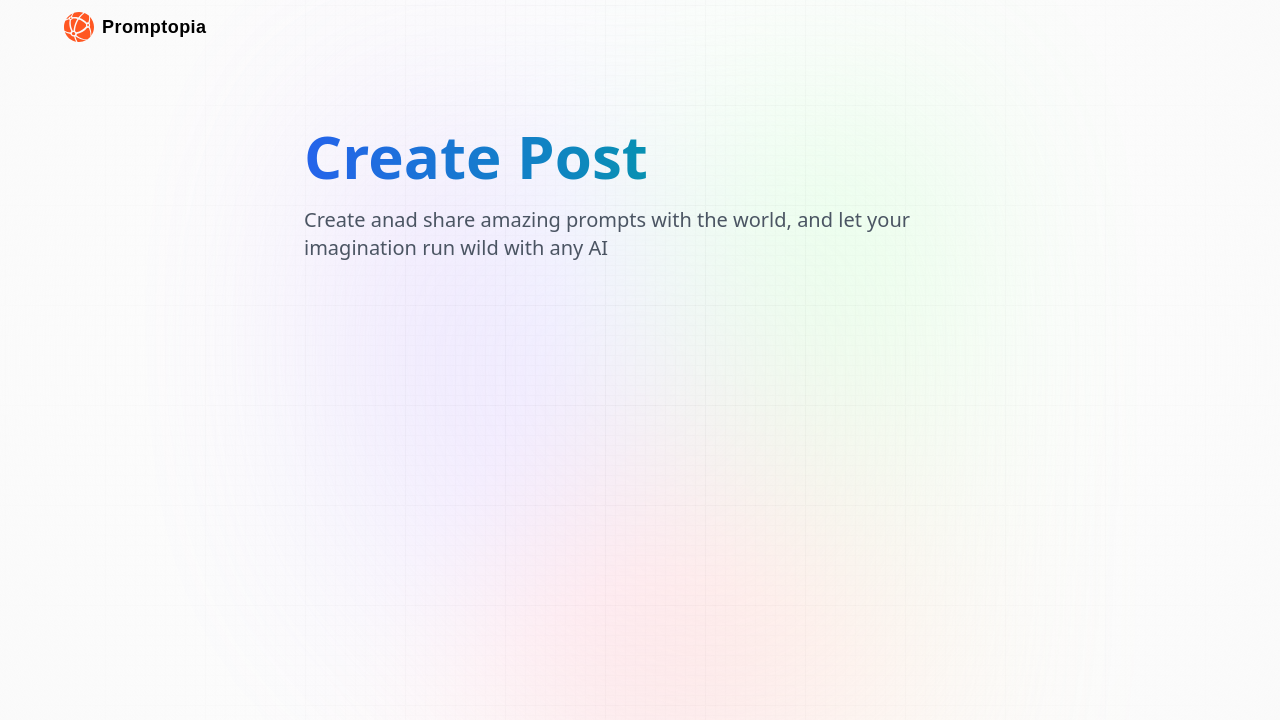
Repository: shraddesh123/promptAI
Page: /create-prompt
These files come from the project's save history. The page is drawn as it stood at one moment and after the next save; the edit follows.
The browser window is 1280 px wide. The pictures show the whole page.
The page's requests for data from a server got no answer. The project was rebuilt for these pictures with package versions that can differ from the ones it lists, and the page was loaded fresh each time. The framework's server and built-in components were replaced by stand-ins that run in the browser. No one was signed in, and anything a server would have sent is missing. Also part of the build but not shown: next.config.mjs.

Above is the page before, as saved 2024-08-02 18:16:18.

After the next save:
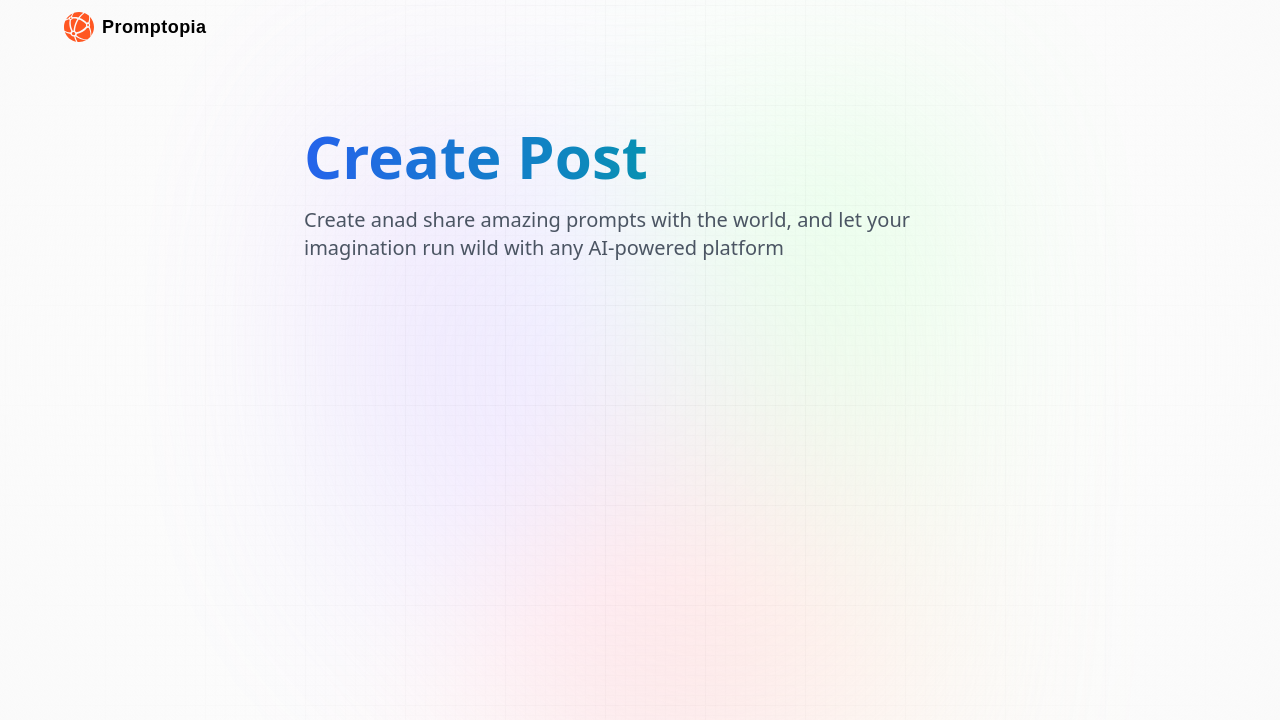
Saved 7 s later.
--- a/components/Form.jsx
+++ b/components/Form.jsx
@@ -5,7 +5,7 @@ const Form = ({ type, post, setPost, Submitting, handleSubmit }) => {
     <section className="w-full max-w-full flex-start flex-col">
       <h1 className="head_text text-left"> <span className="blue_gradient">{type} Post</span></h1>
       <p className="desc text-left max-w-md">
-          {type} anad share amazing prompts with the world, and let your imagination run wild with any AI
+          {type} anad share amazing prompts with the world, and let your imagination run wild with any AI-powered platform
       </p>
     </section>
   )
